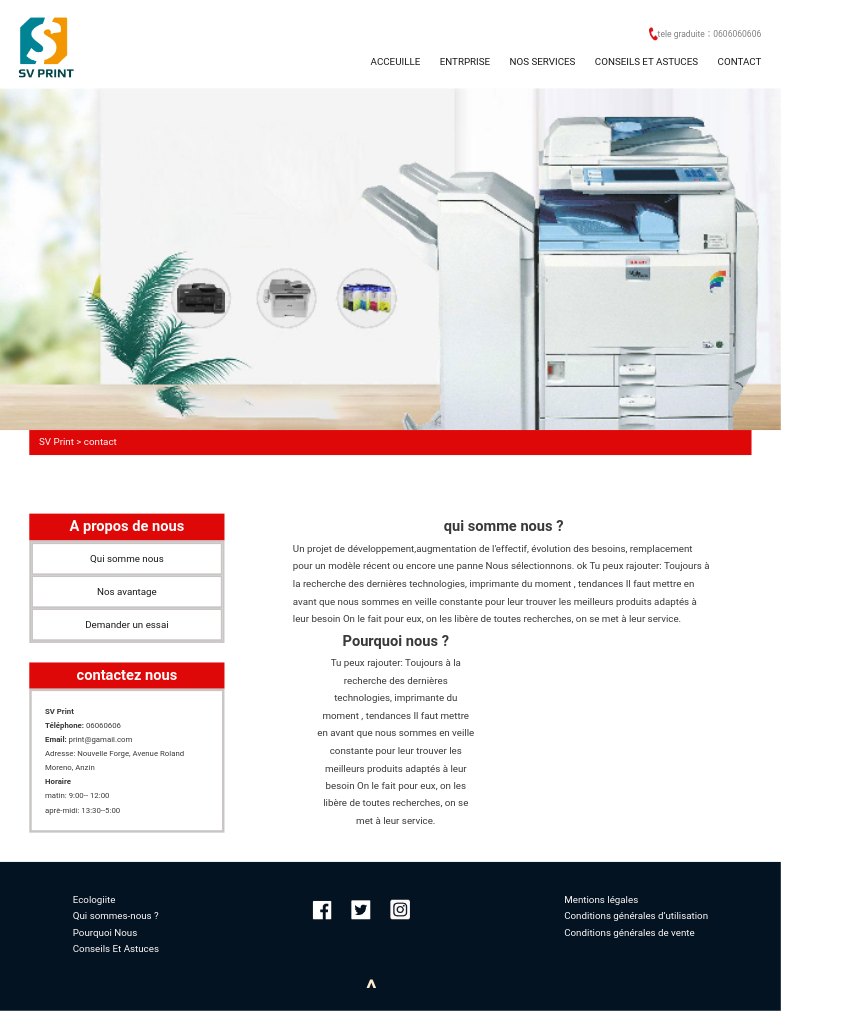
Repository: clairedupuich/sv_print
Page: index.html
These files come from the project's save history. The page is drawn as it stood at one moment and after the next save; the edit follows.
The browser window is 1280 px wide. The page is 1280 px wide, then 1406 px, so the pictures cover 1406 px, including what lies to the right of the window. The pictures show the whole page, at 61% of full size.

Above is the page before, as saved 2020-12-04 00:49:34.
Console error: TypeError: Cannot read properties of null (reading 'appendChild')

### index.html
<!doctype html>
<html>
<head>
  <meta charset="utf-8">
  <meta name="viewport"
        content="width=device-width, initial-scale=1, user-scalable=no">
<title>SV Print</title>

<link href="style.css" rel="stylesheet" type="text/css">
<script src="print.js" type="text/javascript"></script>
</head>
<body>
<header id="fh5co-header">




  <div class="logo_nav"id="logo_nav">
    <img src="img/logo4.png" alt="SV Print" class="logo" />
     <div class="nav_tele">
      <div class="tel">
        <img src="img/call.png" class="margin-small-right"
        alt="" />tele graduite：0606060606</div>
    <ul class="nav nav-menu nav-inline nav-split nav-right text-big">
      <li id="liHome" class="home"> <a href="">ACCEUILLE</a></li>
      <li id="liabout-us" class="dropdown"><a href="">ENTRPRISE</a></li>
      <li id="liproducts" class="dropdown"><a href="">NOS SERVICES</a></li>
      <li class="side_nav1" id="cat2"><a href="">CONSEILS ET ASTUCES</a></li>
      <li class="side_nav1" id="cat1"><a href="">CONTACT</a></li>
    </ul>
    </div>
  </div>
</header>



    <div id="view">
      <ul id="img_list">
        <li id="slider1" class="owl-item"><img src="img/img_slider_1.png" class="img_slider" alt=""></li>
        <ul class="boutton_change">
          <a href="#slider5"><li><b> < </b></li></a>
          <a href="#slider2"><li><b> > </b></li></a>
        </ul>
        <li id="slider2" class="owl-item"><img src="img/Group 4.png" alt="" class="img_slider"></li>
        <ul class="boutton_change">
          <a href="#slider1"><li><b> < </b></li></a>
          <a href="#slider3"><li><b> > </b></li></a>
        </ul>
        <li id="slider3" class="owl-item"><img src="img/img_slider_31.png" alt="" class="img_slider"></li>
        <ul class="boutton_change">
          <a href="#slider2"><li><b> < </b></li></a>
          <a href="#slider4"><li><b> > </b></li></a>
        </ul>
        <li id="slider4" class="owl-item"><img src="img/promo.png" alt="" class="img_slider"></li>
        <ul class="boutton_change">
          <a href="#slider3"><li><b> < </b></li></a>
          <a href="#slider4"><li><b> > </b></li></a>
        </ul>
      </ul>
    </div>

<div class="blankbig"></div>
<!-- 临时图片 -->
<div class="img_big">
  <!-- <h3>Notre philosophie</h3>
  <p>"Ne vous plaignez jamais du client à caractère difficile car il est la caust de vos progrès"<br><br>Auguste Detoeuf</p> -->
</div>



<main>
  <div class="red">
    <p>SV Print > contact</p>
  </div>
  <div class="container_cont">
    <div class="left">
      <div class="top">
        <p class="titre">A propos de nous</p>
        <div class="about_us">
        <p class="li_left"><a href="">Qui somme nous</a></p>
        <p class="li_left"><a href="">Nos avantage</a></p>
        <p class="li_left"><a href="">Demander un essai</a></p>
      </div>
      </div>
      <div class="bottom">
        <h3 class="titre">contactez nous</h3>
        <p class="adress">
         <b>SV Print </b> <br>
         <b>Téléphone:</b> 06060606
        <br><b>Email:</b> print@gamail.com
        <br>Adresse:</b> Nouvelle Forge, Avenue Roland Moreno, Anzin

        <br><b>Horaire</b>
        <br>matin: 9:00-- 12:00
        <br>aprè-midi: 13:30--5:00
        </p>
      </div>
    </div>

    <div class="right" id="cont">
      <div class="presant">
        <h3>qui somme nous ?</h3>
        <p>Un projet de développement,augmentation de l'effectif, évolution des besoins, remplacement pour un modèle récent ou encore une panne
          Nous sélectionnons.	ok
          Tu peux rajouter:
          Toujours à la recherche des dernières technologies, imprimante du moment , tendances
          Il faut mettre en avant que nous sommes en veille constante pour leur trouver les meilleurs produits adaptés à leur besoin
          On le fait pour eux, on les libère de toutes recherches, on se met à leur service.</p>
      </div>
      <div class="avandage_e">
        <div class="avantage_tex">
          <h3>Pourquoi nous ?</h3>
          <p>Tu peux rajouter:
            Toujours à la recherche des dernières technologies, imprimante du moment , tendances
            Il faut mettre en avant que nous sommes en veille constante pour leur trouver les meilleurs produits adaptés à leur besoin
            On le fait pour eux, on les libère de toutes recherches, on se met à leur service.</p>
        </div>
        <img src="" alt="" class="img_avan">
      </div>

  </div>
</main>



          <footer>
            <div class="textFooterC">
                <div class="texFooter">
                    <a href="" class="textFooterEle">Ecologiite</a>
                    <a href="" class="textFooterEle">Qui sommes-nous ? </a>
                    <a href="" class="textFooterEle">Pourquoi Nous</a>
                    <a href="" class="textFooterEle">Conseils Et Astuces</a>

                </div>
                <div class="texFooter1 icon_footer">
                  <img src="img/Vector 1.png" alt="" class="iconFooter">
                  <img src="img/Vector2.png" alt="" class="iconFooter">
                  <img src="img/Vector 3.png" alt="" class="iconFooter">
                </div>
                <div class="texFooter">
                    <a href="" class="textFooterEle">Mentions légales</a>
                    <a href="" class="textFooterEle">Conditions générales d’utilisation</a>
                    <a href="" class="textFooterEle">Conditions générales de vente</a>
                </div>
            </div>
            <a href="#logo_nav" class="return_top"> ^ </a>
        </footer>
				</body>
</html>

### style.css
/* 主要部分 style.css */
* {
    margin: 0;
    padding: 0;
    list-style: none;
    text-decoration: none;
}

body {
    font-family: Roboto, Oxygen, Ubuntu, Cantarell, 'Open Sans', 'Helvetica Neue', sans-serif;
    font-size: 16px;
    line-height: 1.8;
    color: #3a3939;
    background: #FFF;
    height: 100%;

}

a:hover {
    text-decoration: none;
}


h1,
h2,
h3,
h4 {
    text-align: center;
    font-size: 1.5em;
    font-weight: bolder;
}
.logo {
    width: 12%;
    min-width: 4em;
    height: 12%;
    min-width: 4em;
}
.nav_tele {
    margin-right: 2em;
}
.tel {
    display: block;
    margin-bottom: 1.5em;
    text-align: right;
    line-height: 20px;
    color: #808080;
    font-size: 14px
}

.tel img {
    vertical-align: middle;
}

.logo_nav {
    display: flex;
    flex-direction: row;
    flex-wrap: wrap;
    align-items: center;
    margin-top: 1em;
    justify-content: space-between;
}
.logo_nav ul {
    display: flex;
    flex-direction: row;
    flex-wrap: wrap;
    align-items: center;
    justify-content: space-around;
    list-style: none;

}
.logo_nav ul li {
    margin-left: 2em;
}
.logo_nav ul li a{

    text-decoration: none;
    color: rgb(24, 22, 22);
    text-align: center;
}
.logo_nav ul li:hover {
     background-color: rgb(78, 120, 135);
     background-clip: content-box;

}
/* nav 结束 */

/* slider */

.img_slider {
    width: 100%;
    height: 45em;
    position: absolute;
}
#view {
    position: relative;
    width: 100%;
    overflow: hidden;
}
#view:after {
    content: '.';
    display: block;
    clear: both;
    height: 0;
    visibility: hidden;
  }
  #img_list {
    position: absolute;
    width: 100%;
  }
  #img_list li {
    float: left;
     width: 100%;
    height:46em;
  }
.blankbig {
    clear: both;
}


.boutton_change {
    display: flex;
    flex-direction: row;
    justify-content: space-around;
    cursor: pointer;
    padding: 2em 46% 0;
  }
  .boutton_change a {
    color: #000000;
    text-decoration: none;
  }
  .boutton_change a li {
    list-style: none;
  }

.container {
    display: flex;
    flex-direction: row;
    flex-wrap: wrap;
    align-items: center;
    justify-content: center;
    margin: 3.5em auto;
    text-align: center;
}
/* image replace */
.img_big {
    background-image: url(img/slider_img1.png);
    background-position: center;
    background-repeat: no-repeat;
    background-size: cover;
    height: 19em;
    padding: 12em 2em 4em 30em;
    color: ivory;
}
.img_big p {
    padding-left: 17em;
    margin-top: 3em;
}


/* footer commence */
footer {

    color: snow;
    margin-top: 2em;
    width: 100%;
    background-color: #031322;
    margin-bottom: 0;
}
.textFooterC {
    display: flex;
    flex-direction: row;
    flex-wrap: wrap;
    justify-content: space-around;
    padding-top: 3em;
    padding-bottom: 1em;
}
.texFooter {
    display: flex;
    flex-direction: column;
    line-height: 1.7em;

}

.textFooterEle {
    text-decoration: none;
    list-style: none;
    color: snow;
}
.iconsFooter {
    background-color: #0F4C81;
    text-align: center;
}
.iconFooter{
   padding: 0.9em;
}
.return_top {
    width: 100%;
    font-size: 2.5em;
    font-weight: bold;
    color: blanchedalmond;
    text-align: center;
    margin-left: 15em;
    /* margin-bottom: -3em; */
}

/* page contact commance */
.red {
    margin: 0 3em;
    padding: .4em 1em;
    background-color: rgb(223, 8, 8);
    color: snow;
    margin-bottom: 6em;
}
.container_cont {
    margin: 3em;
    display: flex;
    flex-direction: row;
    justify-content: space-between;
}
.top {
    width: 30%;
    min-width: 20em;
    text-align: center;
    margin-bottom: 2em;

}

.about_us {
    border: solid rgb(201, 197, 197) 3px;
    line-height: 3em;
}
.li_left {
    padding: 2em auto;
    color: black;
    border: solid rgb(201, 197, 197) 3px;
}
.li_left:hover {
    background-color: rgb(201, 197, 197);
}
.li_left a {
    color: rgb(26, 24, 24);
}
.titre {
    padding: 2.5em auto;
    color: snow;
    background-color:  rgb(223, 8, 8);;
    font-size: 1.5em;
    font-weight: bold;
}
.bottom {
    width: 30%;
    min-width: 20em;
    text-align: left;
}
.bottom p {
    font-size: .8em;
    border: solid rgb(201, 197, 197) 4px;
    padding: 1.7em;
}

.presant {
    width: 80%;
    margin-left: 7em;
}
.avandage_e {
    display: flex;
    flex-direction: row;
    justify-content: space-around;
}
.avantage_tex {
    width: 30%;
    text-align: center;
}
.img_avan {
    border-radius: 50%;
    width: ;
    height: ;
}

### print.js
/* for the slider */
var img_list = document.getElementById('img_list');
setInterval(function () {
    img_list.appendChild(img_list.firstChild);
}, 2500)

After the next save:
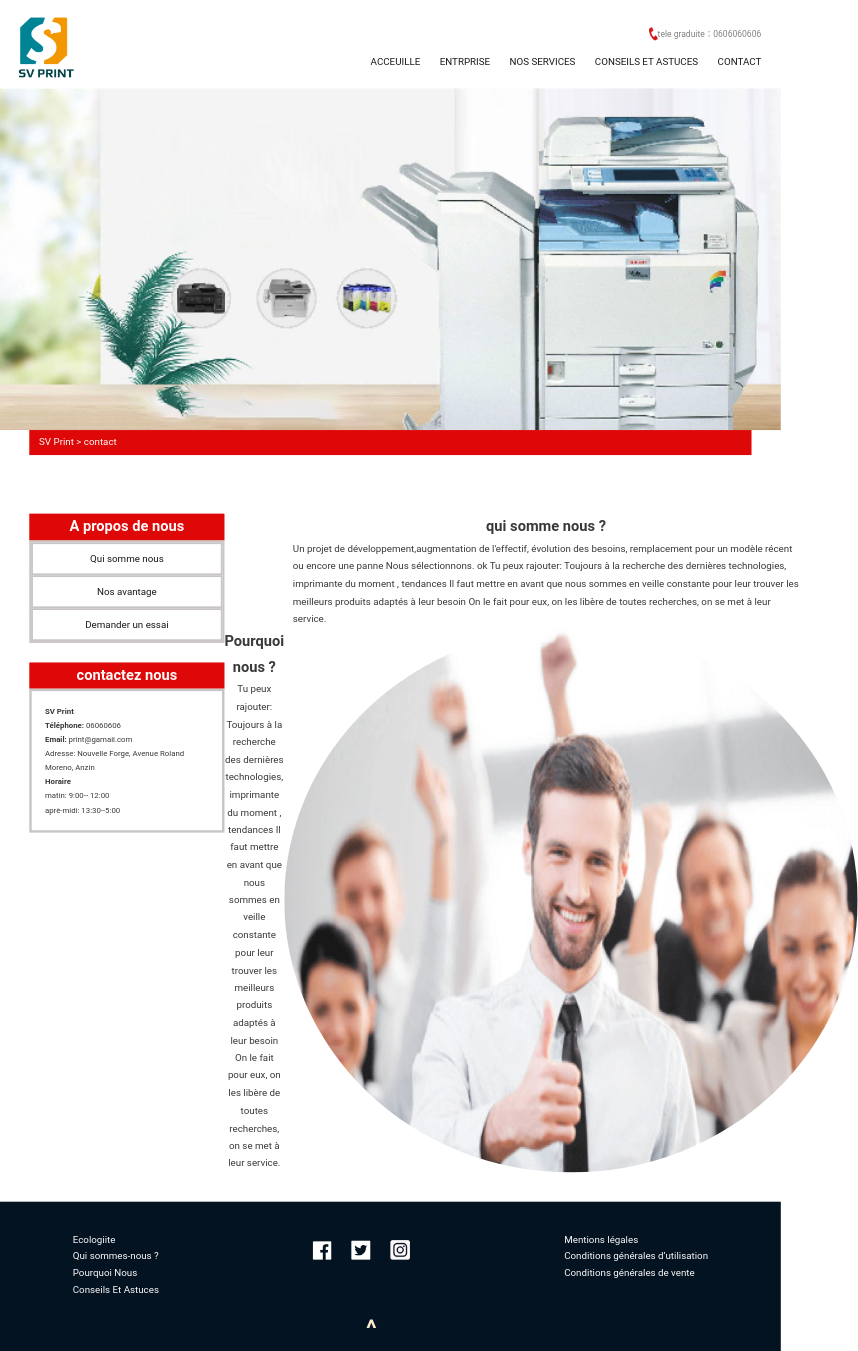
Saved 6 min 57 s later.
--- a/index.html
+++ b/index.html
@@ -115,7 +115,7 @@
             Il faut mettre en avant que nous sommes en veille constante pour leur trouver les meilleurs produits adaptés à leur besoin
             On le fait pour eux, on les libère de toutes recherches, on se met à leur service.</p>
         </div>
-        <img src="" alt="" class="img_avan">
+        <img src="img/business_1.png" alt="" class="img_avan">
       </div>
 
   </div>
